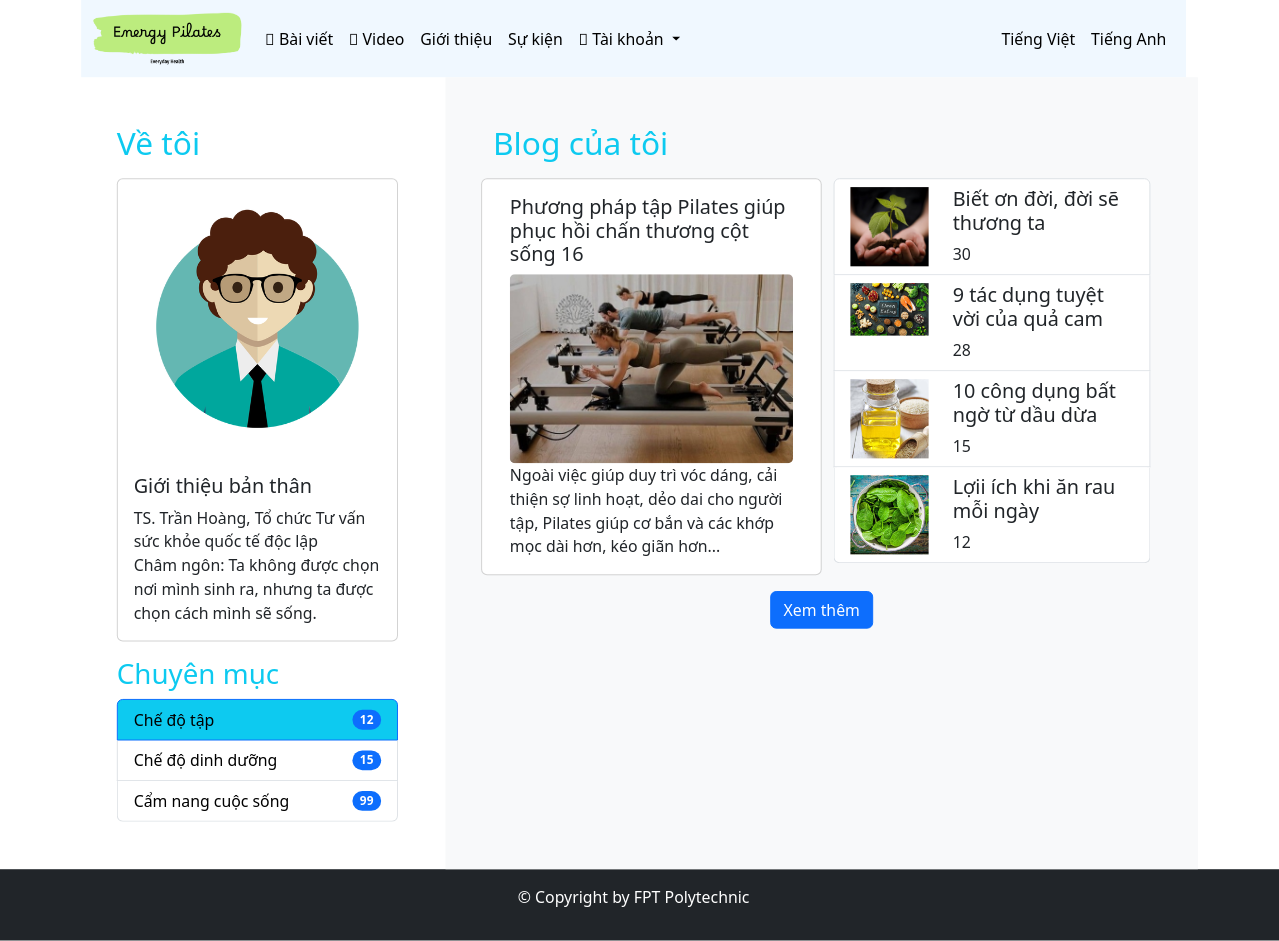
Repository: KizukoHeiwa/SOF308
Page: Lab1/index.html
These files come from the project's save history. The page is drawn as it stood at one moment and after the next save; the edit follows.
The browser window is 1280 px wide. The page is 1292 px wide, so the pictures cover 1292 px, including what lies to the right of the window. The pictures show the whole page, at 99% of full size.

Above is the page before, as saved 2024-10-31 10:45:25.

### Lab1/index.html
<!DOCTYPE html>
<html lang="en">
<head>
    <meta charset="UTF-8">
    <meta name="viewport" content="width=device-width, initial-scale=1.0">
    <title>FPT Polytechnic</title>
    <link href="https://cdn.jsdelivr.net/npm/bootstrap@5.3.3/dist/css/bootstrap.min.css" rel="stylesheet" integrity="sha384-QWTKZyjpPEjISv5WaRU9OFeRpok6YctnYmDr5pNlyT2bRjXh0JMhjY6hW+ALEwIH" crossorigin="anonymous">
    <script src="https://cdn.jsdelivr.net/npm/bootstrap@5.3.3/dist/js/bootstrap.bundle.min.js" integrity="sha384-YvpcrYf0tY3lHB60NNkmXc5s9fDVZLESaAA55NDzOxhy9GkcIdslK1eN7N6jIeHz" crossorigin="anonymous"></script>
    <link rel="stylesheet" href="https://cdnjs.cloudflare.com/ajax/libs/font-awesome/4.7.0/css/font-awesome.min.css">
    <style>
        header{
            background-color: aliceblue;
            /* box-shadow: 1px 1px 2px 1px lightgray; */
        }
        .nav-link{
            color: black;
        }
        .nav-link:hover{
            color: green;
        }
        .navbar-nav .nav-link.active, .navbar-nav .nav-link.show {
            color: green;
        }
        .button-wrapper{
            display: flex;
            justify-content: center;
            align-items: center;
        }
        .footer-content{
            color: white;
            text-align: center;
        }
    </style>

</head>
<body>
    <div class="container">
        <header>
            <nav class="navbar navbar-expand-sm">
                <div class="container">
                    <a class="navbar-brand" href="#">
                        <img src="img/logo-energy-pilates.png" alt="" style="width: 150px;">
                    </a>
                    <div class="collapse navbar-collapse" id="collapsibleNavbar">
                        <ul class="navbar-nav me-auto">
                            <li class="nav-item">
                                <a class="nav-link" href="#"><i class="fa-solid fa-list"></i> Bài viết</a>
                            </li>
                            <li class="nav-item">
                                <a class="nav-link" href="#"><i class="fa-solid fa-film"></i> Video</a>
                            </li>
                            <li class="nav-item">
                                <a class="nav-link" href="#"><i class="fa-solid fa-circle-info"></i> Giới thiệu</a>
                            </li>
                            <li class="nav-item">
                                <a class="nav-link" href="#"><i class="fa-solid fa-calendar-days"></i> Sự kiện</a>
                            </li>
                            <li class="nav-item dropdown">
                                <a class="nav-link dropdown-toggle" href="#" role="button" data-bs-toggle="dropdown">
                                    <i class="fa-solid fa-user"></i> Tài khoản
                                </a>
                                <ul class="dropdown-menu">
                                    <li><a class="dropdown-item" href="#">Đăng nhập</a></li>
                                    <li><a class="dropdown-item" href="#">Quên mật khẩu</a></li>
                                    <li><a class="dropdown-item" href="#">Đăng ký thành viên</a></li>
                                </ul>
                            </li>
                        </ul>
                        <ul class="navbar-nav d-flex">
                            <li class="nav-item">
                                <a class="nav-link">Tiếng Việt</a>
                            </li>
                            <li class="nav-item">
                                <a class="nav-link">Tiếng Anh</a>
                            </li>
                        </ul>
                    </div>
                </div>
            </nav>
        </header>
        <section class="row">
            <aside class="col-sm-4 p-5">
                <div class="col-sm">
                    <h2 class="text-info mb-3">Về tôi</h2>
                    <div class="card mb-3">
                        <img src="img/avatar.png" class="card-img-top" alt="">
                        <div class="card-body">
                            <h5 class="card-title">Giới thiệu bản thân</h5>
                            <p class="card-text">TS. Trần Hoàng, Tổ chức Tư vấn sức khỏe quốc tế độc lập <br>
                                Châm ngôn: Ta không được chọn nơi mình sinh ra, nhưng ta được chọn cách mình sẽ sống.
                            </p>
                        </div>
                    </div>

                    <h3 class="text-info mt-2">Chuyên mục</h3>
                    <ul class="list-group">
                        <li class="list-group-item active bg-info d-flex justify-content-between align-items-center">
                            <a class="nav-link" href="#">Chế độ tập</a>
                            <span class="badge bg-primary rounded-pill">12</span>
                        </li>
                        <li class="list-group-item d-flex justify-content-between align-items-center">
                            <a class="nav-link" href="#">Chế độ dinh dưỡng</a>
                            <span class="badge bg-primary rounded-pill">15</span>
                        </li>
                        <li class="list-group-item d-flex justify-content-between align-items-center">
                            <a class="nav-link" href="#">Cẩm nang cuộc sống</a>
                            <span class="badge bg-primary rounded-pill">99</span>
                        </li>
                    </ul>
                    <!-- end Chuyên mục -->
                </div>
            </aside>
            <article class="col-sm-8 bg-light p-5">
                <div class="row">
                        <h2 class="text-info mb-3">Blog của tôi</h2>
                        <div class="card col-sm-6">
                            <div class="card-body">
                                <h5 class="card-title">Phương pháp tập Pilates giúp phục hồi chấn thương cột sống <i class="fa-solid fa-message"></i> 16</h5>
                                <img src="img/tap-piltes.jpg" alt="" class="card-img">
                                <p class="card-text">Ngoài việc giúp duy trì vóc dáng, cải thiện sợ linh hoạt, dẻo dai cho người tập, Pilates giúp cơ bắn và các khớp mọc dài hơn, kéo giãn hơn...</p>
                            </div>
                        </div>
                        <div class="col-sm-6">
                            <ul class="list-group">
                                <li class="list-group-item d-flex justify-content-between align-items-start">
                                    <div class="row">
                                        <div class="col-4">
                                            <img src="img/corevalue.jpg" alt="" class="card-img">
                                        </div>
                                        <div class="col-8">
                                            <h5>Biết ơn đời, đời sẽ thương ta</h5>
                                            <span>30</span>
                                        </div>
                                    </div>
                                </li>
                                <li class="list-group-item d-flex justify-content-between align-items-start">
                                    <div class="row">
                                        <div class="col-4">
                                            <img src="img/eat-clean.png" alt="" class="card-img">
                                        </div>
                                        <div class="col-8">
                                            <h5>9 tác dụng tuyệt vời của quả cam</h5>
                                            <span>28</span>
                                        </div>
                                    </div>
                                </li>
                                <li class="list-group-item d-flex justify-content-between align-items-start">
                                    <div class="row">
                                        <div class="col-4">
                                            <img src="img/sesameoil_300x300.jpg" alt="" class="card-img">
                                        </div>
                                        <div class="col-8">
                                            <h5>10 công dụng bất ngờ từ dầu dừa</h5>
                                            <span>15</span>
                                        </div>
                                    </div>
                                </li>
                                <li class="list-group-item d-flex justify-content-between align-items-start">
                                    <div class="row">
                                        <div class="col-4">
                                            <img src="img/spinach_300x300.jpg" alt="" class="card-img">
                                        </div>
                                        <div class="col-8">
                                            <h5>Lợii ích khi ăn rau mỗi ngày</h5>
                                            <span>12</span>
                                        </div>
                                    </div>
                                </li>
                            </ul>
                        </div>
                    </div>
                    <div class="button-wrapper">
                        <button type="button" class="btn btn-primary m-3">Xem thêm</button>
                    </div>
                </div>
            </article>
        </section>
        <footer class="row bg-dark p-3">
            <p class="footer-content">&copy; Copyright by FPT Polytechnic</p>
        </footer>
    </div>
</body>
</html>

After the next save:
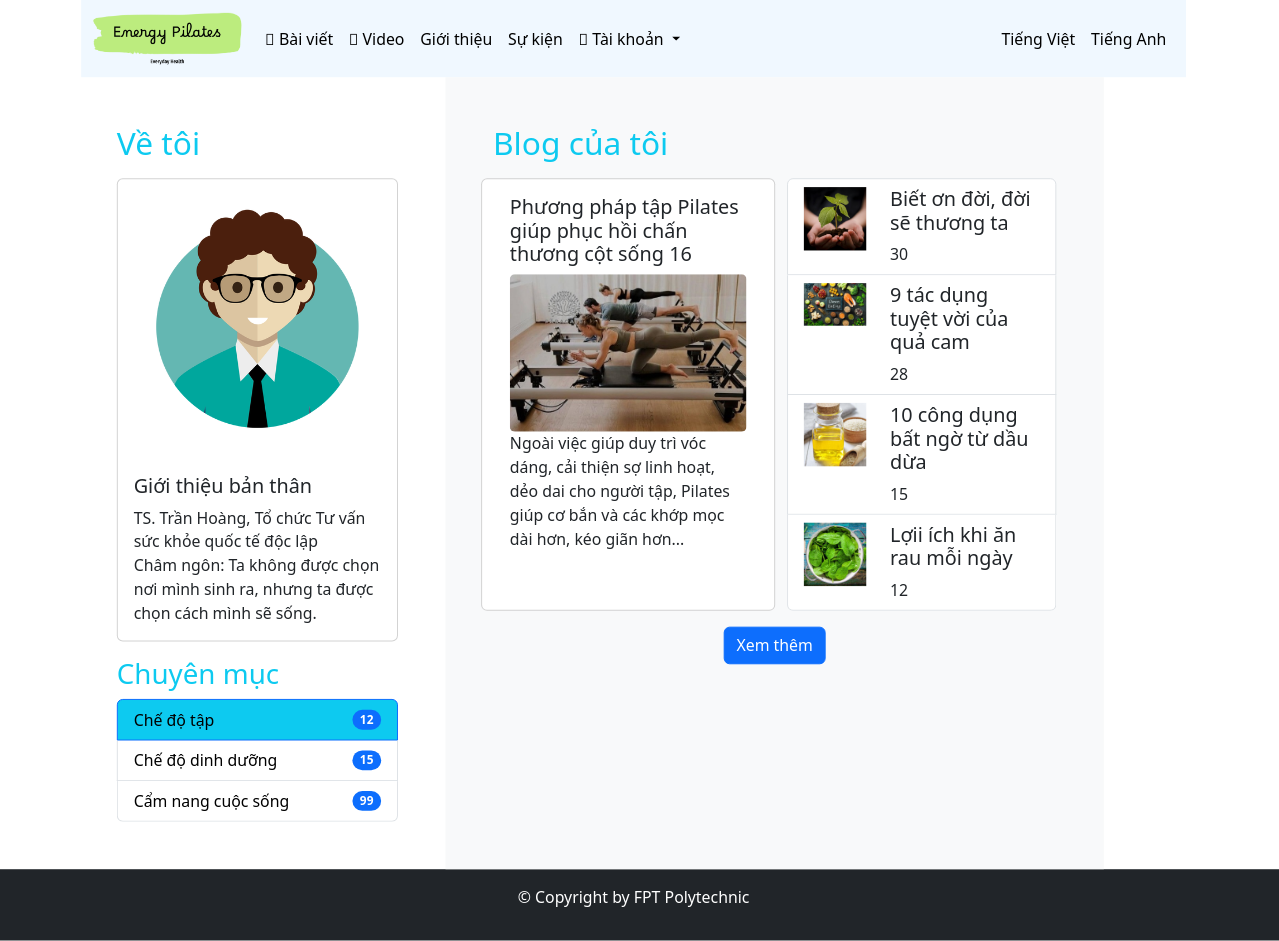
Saved 8 s later.
--- a/Lab1/index.html
+++ b/Lab1/index.html
@@ -110,7 +110,7 @@
                     <!-- end Chuyên mục -->
                 </div>
             </aside>
-            <article class="col-sm-8 bg-light p-5">
+            <article class="col-sm-7 bg-light p-5">
                 <div class="row">
                         <h2 class="text-info mb-3">Blog của tôi</h2>
                         <div class="card col-sm-6">

After the save that followed:
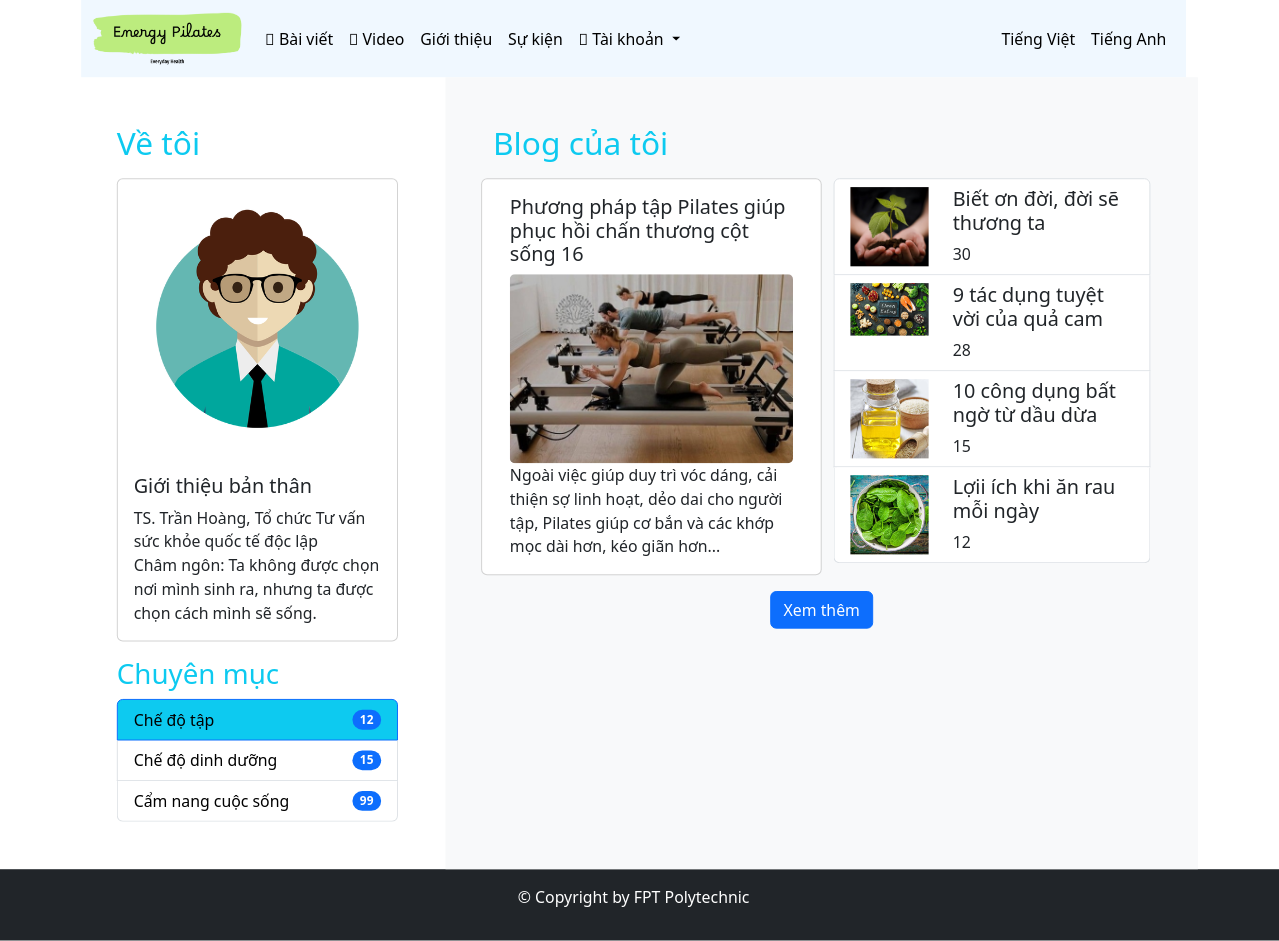
Saved 13 s later.
--- a/Lab1/index.html
+++ b/Lab1/index.html
@@ -110,7 +110,7 @@
                     <!-- end Chuyên mục -->
                 </div>
             </aside>
-            <article class="col-sm-7 bg-light p-5">
+            <article class="col-sm-8 bg-light p-5">
                 <div class="row">
                         <h2 class="text-info mb-3">Blog của tôi</h2>
                         <div class="card col-sm-6">
